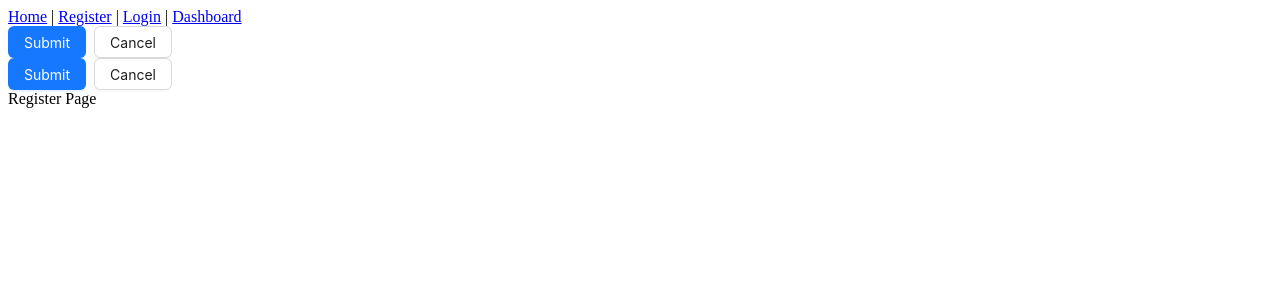
Repository: shaynewx/Airbrb
Page: /register (app in frontend/)
These files come from the project's save history. The page is drawn as it stood at one moment and after a run of saves; the edit follows.
The browser window is 1280 px wide. The pictures show the whole page.
The project was rebuilt for these pictures with package versions that can differ from the ones it lists, and the page was loaded fresh each time. Also part of the build but not shown: frontend/src/components/Home.jsx, frontend/src/components/form/apiService.jsx, frontend/src/components/form/LoginForm.jsx, frontend/src/components/Login.jsx, frontend/src/components/Dashboard.jsx.

Above is the page before, as saved 2023-11-07 12:38:22.

After the next 3 saves:
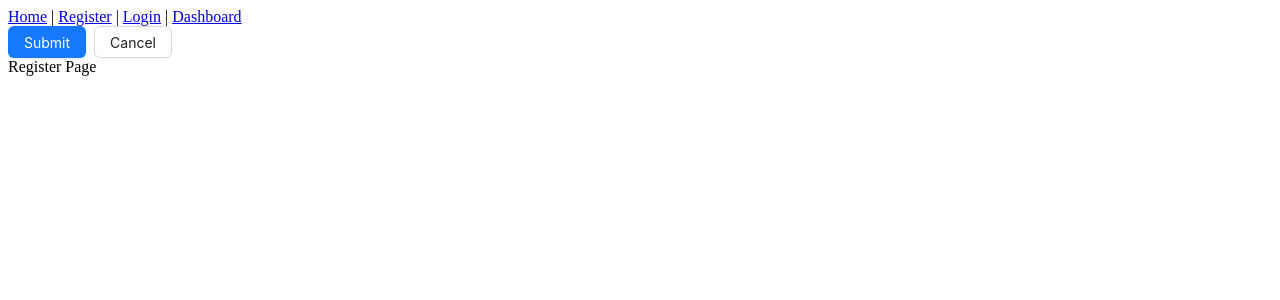
The 3 saves are shown as one change because they came seconds apart.
The last was saved 10 s later.
--- a/frontend/src/PageList.jsx
+++ b/frontend/src/PageList.jsx
@@ -29,7 +29,6 @@ function PageList () {
         <Link to="/dashboard">Dashboard</Link>
       </nav>
       <Button type="primary"></Button>
-      <Button ></Button>
       <Routes>
         <Route path="/" element={<Home />} />
         <Route path="/register" element={<Register token={token} setToken={setToken} />} />
